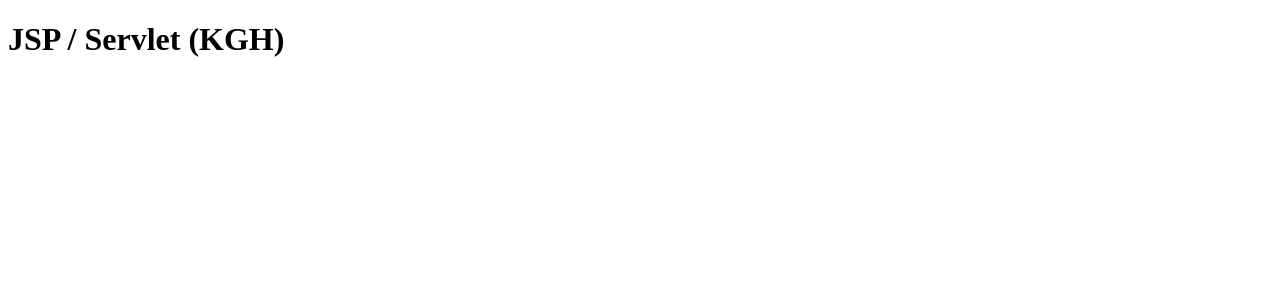
Repository: SanctusAlbino/Jsp_Servlet
Page: 01.HelloJspServlet/src/main/webapp/index.html
The author's editor kept a copy of each file at every save. The page is drawn from the files as they stood at one save, then again after the next save.
The browser window is 1280 px wide. The pictures show the whole page.

Above is the page before, as saved 2023-05-18 01:08:26.

After the next save:
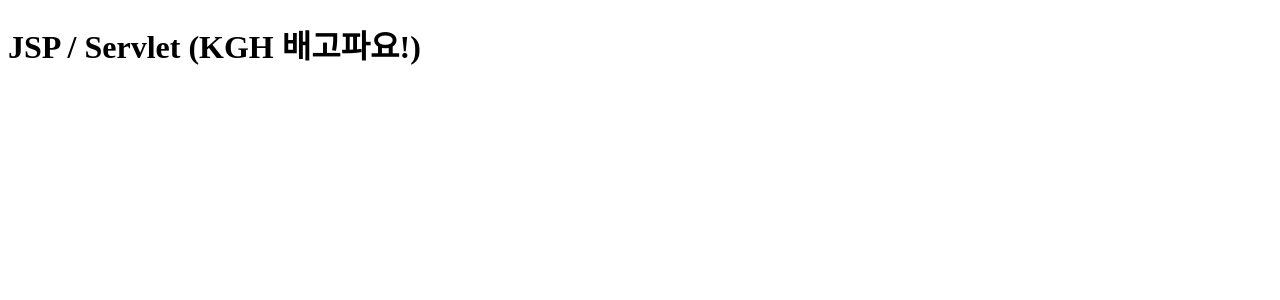
Saved 15 min 34 s later.
--- a/01.HelloJspServlet/src/main/webapp/index.html
+++ b/01.HelloJspServlet/src/main/webapp/index.html
@@ -5,6 +5,6 @@
 <title>Insert title here</title>
 </head>
 <body>
-	<h1> JSP / Servlet (KGH)</h1>
+	<h1> JSP / Servlet (KGH 배고파요!)</h1>
 </body>
 </html>
